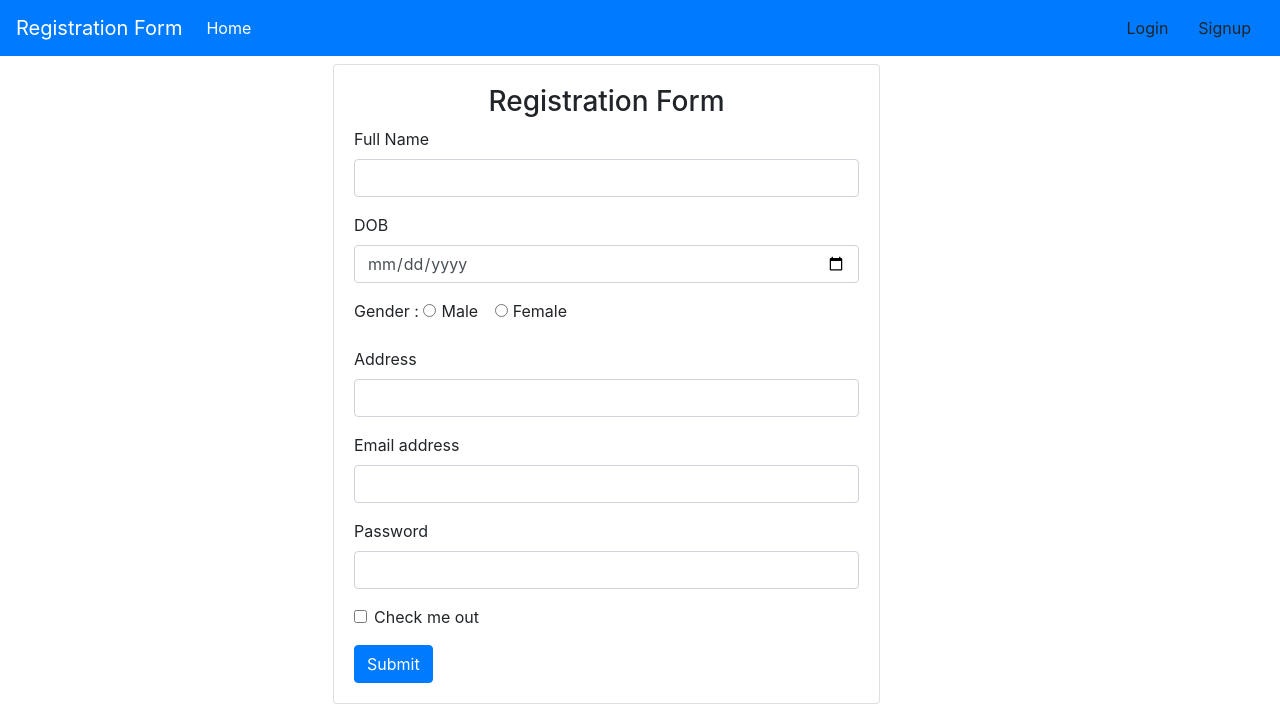
Repository: Avk84120/SBTRagistrationapp
Page: http://localhost/index
These files come from the project's save history. The page is drawn as it stood at one moment and after the next save; the edit follows.
The browser window is 1280 px wide. The pictures show the whole page.
The page is this project's Thymeleaf template; nobody is signed in. The template is opened directly, without the code that normally fills it, so the values that code supplies are empty.

Above is the page before, as saved 2022-10-10 10:03:39.

After the next save:
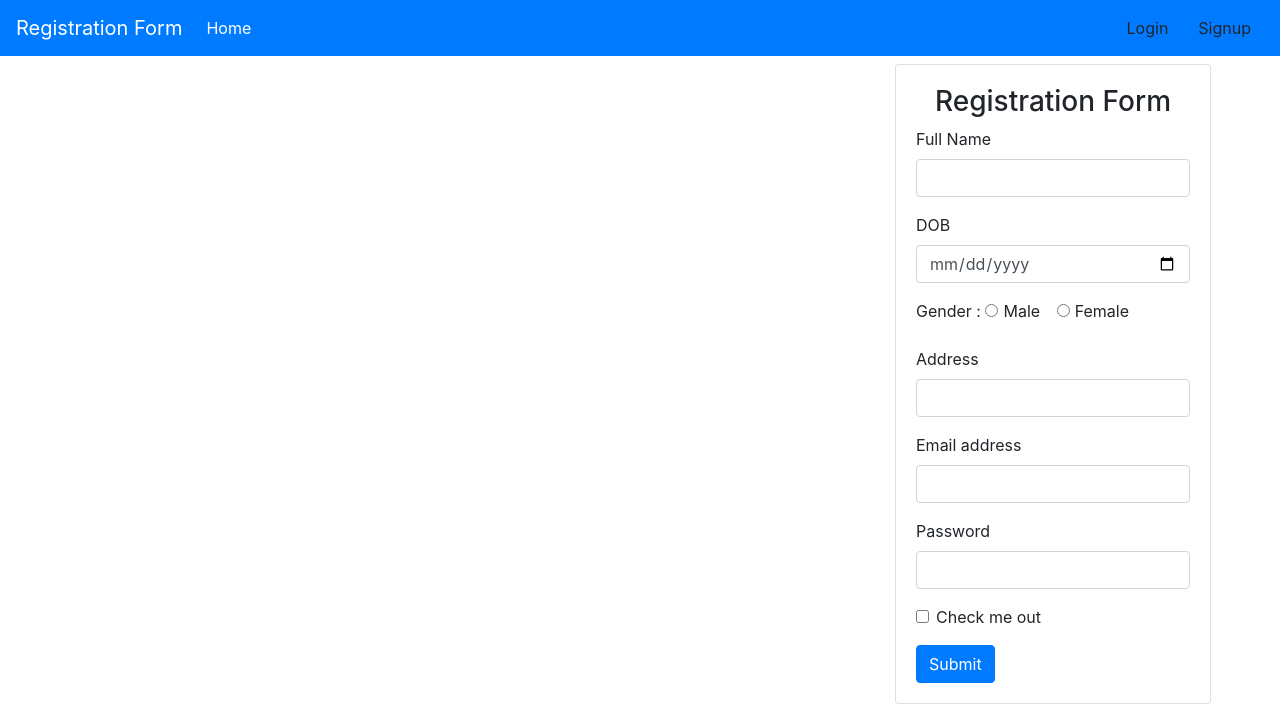
Saved 5 min 58 s later.
--- a/SBTRagistrationapp/src/main/resources/templates/index.html
+++ b/SBTRagistrationapp/src/main/resources/templates/index.html
@@ -36,7 +36,7 @@
 <form>
   <div class="container p-2">
   	  <div class="row">
-  	   <div class=col-md-6 offset-md-3 style="margin-left:255px;">
+  	   <div class=col-md-6 offset-md-3 style="margin-left:255px;"></div>
 
   	  	<div class ="card">
   	  	<div class="card-body">
